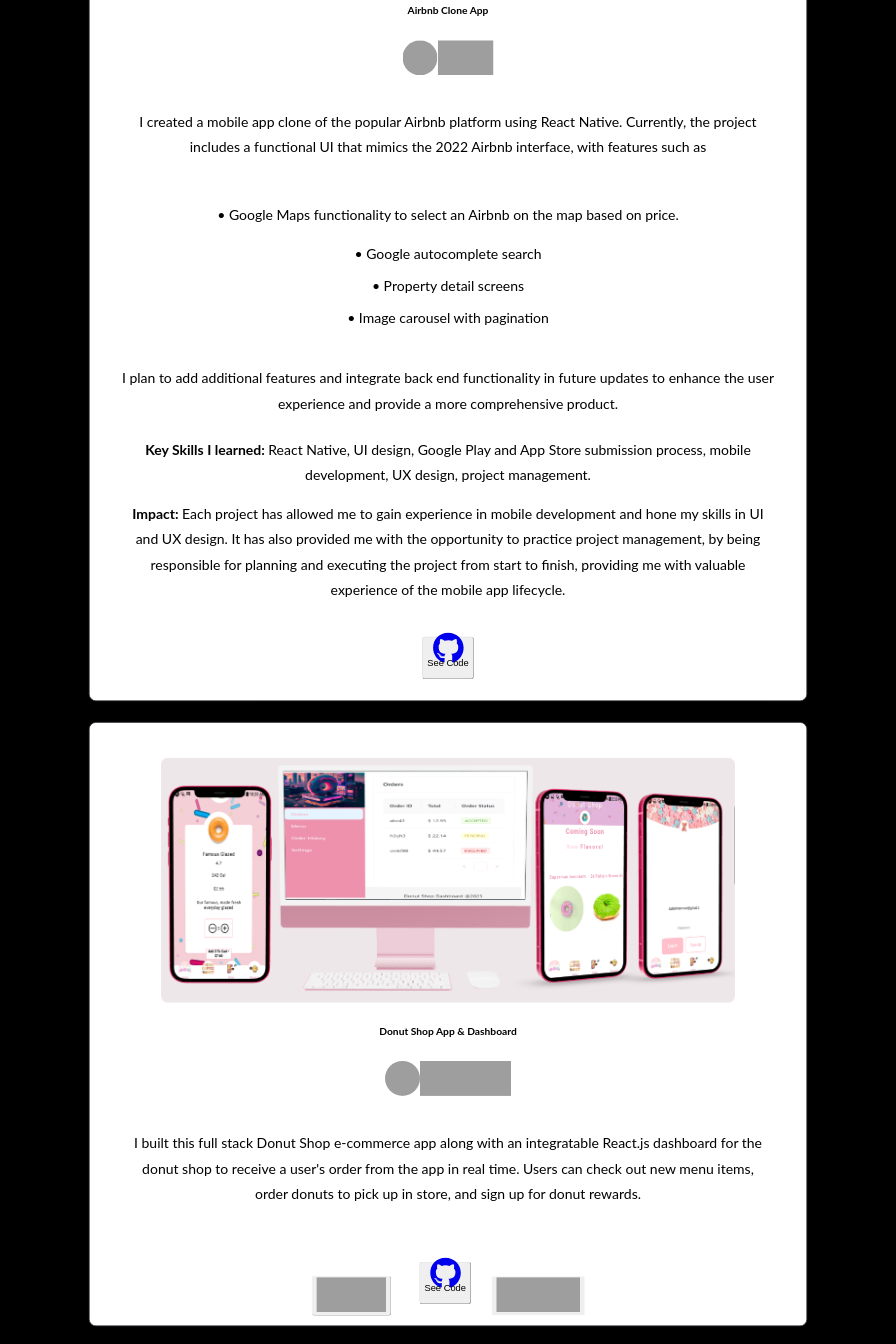
Repository: JamesPesenti/portfolio
Page: /
The author's editor kept a copy of each file at every save. The page is drawn from the files as they stood at one save, then again after the next save.
The browser window is 1280 px wide. The pictures show the part of the page from y = 1921 to 3841 px (the page is 6929 px tall), at 70% of full size.
Pictures or frames that could not be fetched are drawn as grey boxes. The project was rebuilt for these pictures with package versions that can differ from the ones it lists, and the page was loaded fresh each time. Imported but missing from the stored project, and not drawn on this page: src/Components/James Pesenti Resume 2023.pdf.

Above is the page before, as saved 2023-05-17 15:17:55.

After the next save:
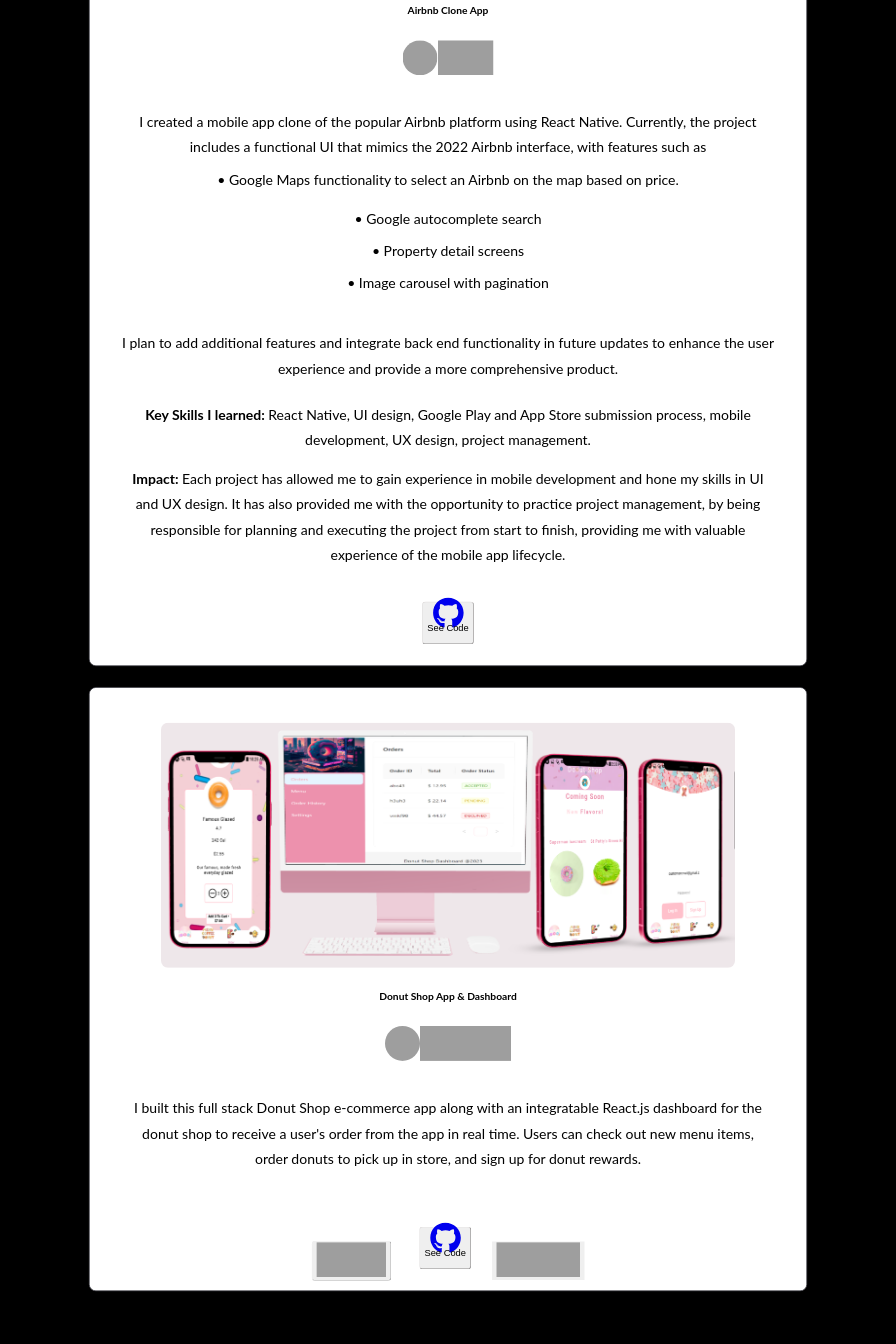
Saved 4 s later.
--- a/src/Components/MyProjects.jsx
+++ b/src/Components/MyProjects.jsx
@@ -22,7 +22,7 @@
                   <img style={{width: 80, height: 50, }} src="https://www.datocms-assets.com/45470/1631026680-logo-react-native.png"  />
                   {/* <img style={{width: 50, height: 50, }} src="https://pbs.twimg.com/profile_images/1114309924551417856/FKA4cm2x_400x400.png"  /> */}
                 </div>
-            <p style={{fontSize: 20, textAlign: 'center', padding: 50, marginBottom: -10}}>I created a mobile app clone of the popular Airbnb platform using React Native. Currently, the project includes a functional UI that mimics the 2022 Airbnb interface, with features such as</p>
+            <p style={{fontSize: 20, textAlign: 'center', padding: 50, marginBottom: -60}}>I created a mobile app clone of the popular Airbnb platform using React Native. Currently, the project includes a functional UI that mimics the 2022 Airbnb interface, with features such as</p>
             <p style={{fontSize: 20, paddingHorizontal: 0}}> &#8226; Google Maps functionality to select an Airbnb on the map based on price.</p>
             <p style={{fontSize: 20, padding: 0, marginBottom: -10}}>&#8226; Google autocomplete search</p>
             <p style={{fontSize: 20, padding: 0, marginBottom: -10}}>&#8226; Property detail screens</p>
